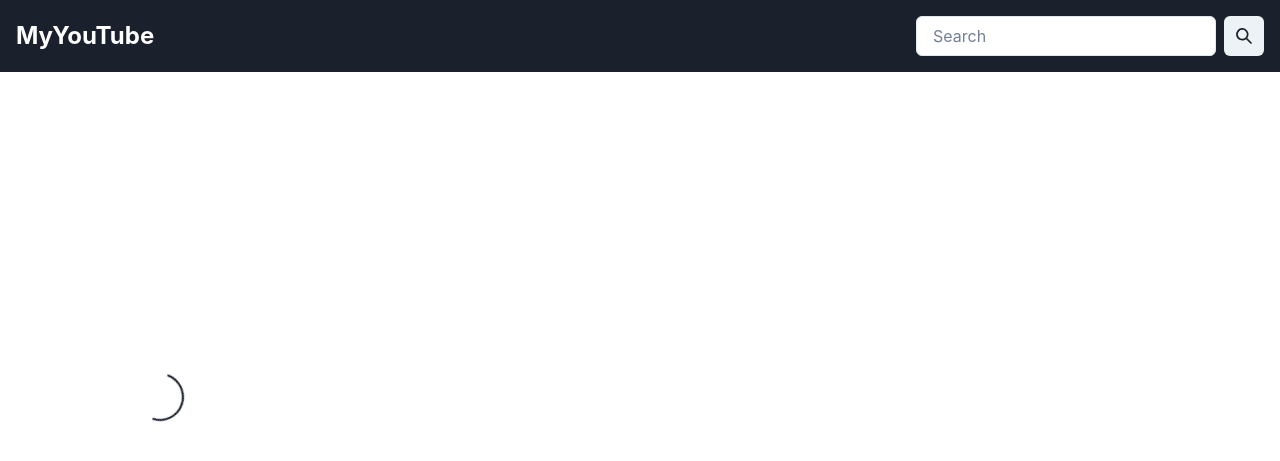
Repository: JuniorDevChris/YouTube-Engagement-Metrics
Page: /
These files come from the project's save history. The page is drawn as it stood at one moment and after a run of saves; the edit follows.
The browser window is 1280 px wide. The pictures show the whole page.
The project was rebuilt for these pictures with package versions that can differ from the ones it lists, and the page was loaded fresh each time. Also part of the build but not shown: vite.config.ts, src/App.css.

Above is the page before, as saved 2024-07-16 21:54:44.

After the next 3 saves:
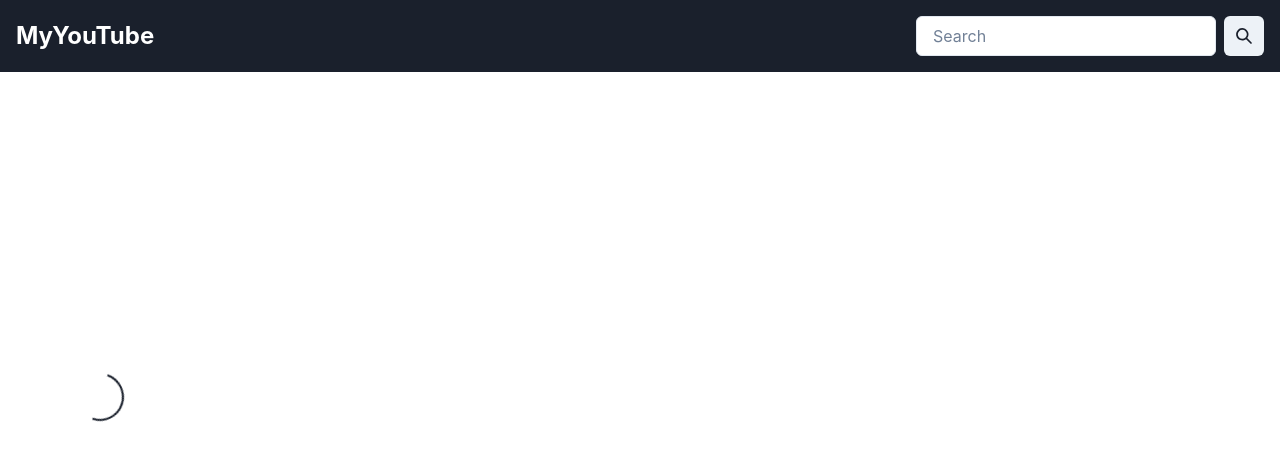
The 3 saves are shown as one change because they came seconds apart.
The last was saved 6 s later.
--- a/src/App.tsx
+++ b/src/App.tsx
@@ -73,7 +73,7 @@ function App() {
       <Navbar query={query} setQuery={setQuery} fetchVideos={fetchVideos} />
       <Box
         mt="80px"
-        p={40}
+        p={100}
         flex="1"
         display="flex"
         justifyContent="center"
